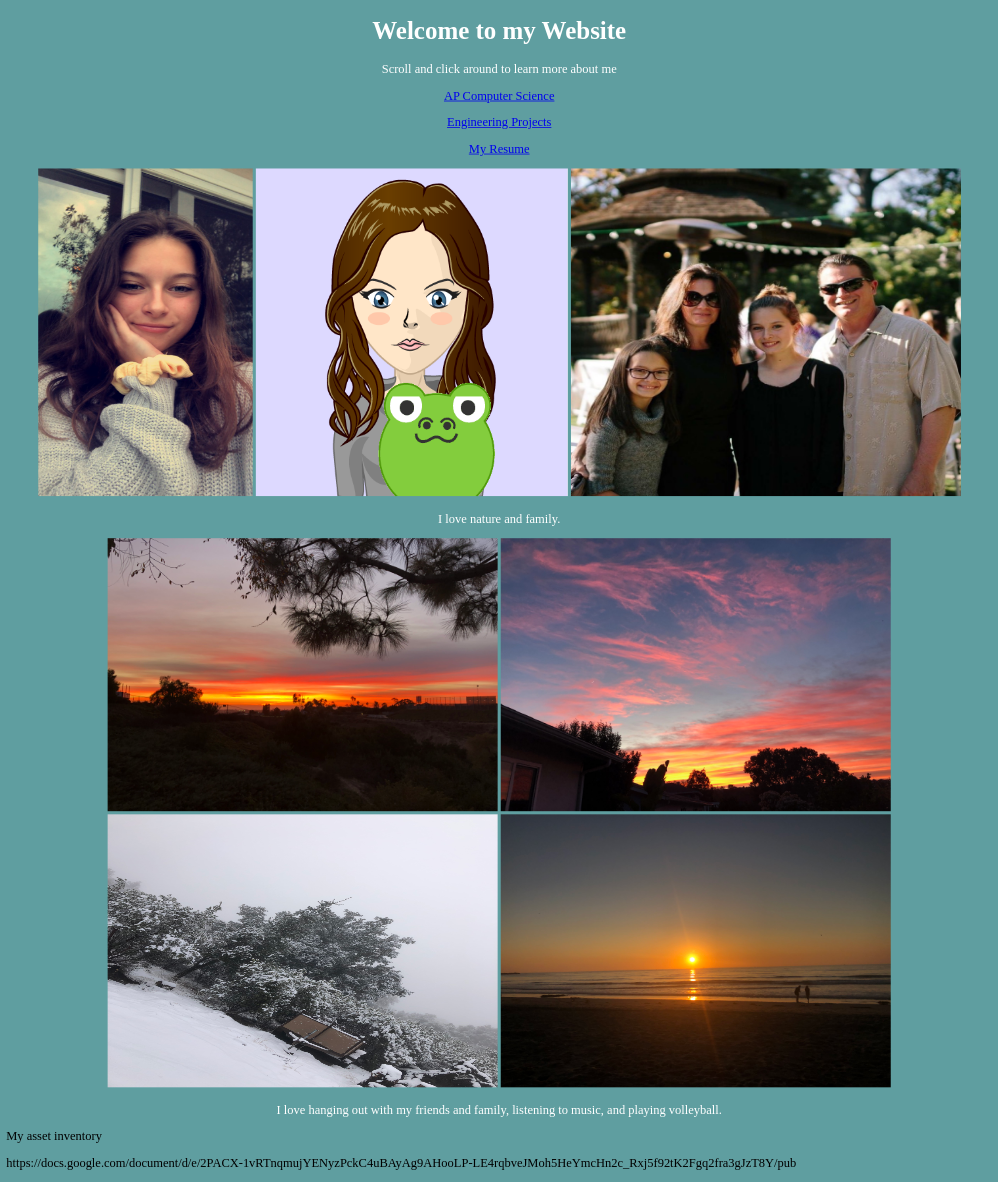
Repository: cdzendzel/cdzendzel.github.io
Page: index.html
The author's editor kept a record of every edit. The page is drawn from the files as they stood at one moment, then again after the next edit.
The browser window is 1280 px wide. The pictures show the whole page, at 78% of full size.

Above is the page before.

### index.html
<!DOCTYPE html>
<html>
    <body style="background-color:cadetblue;">
<head>
<title>Carmela's Webpage</title>
</head>
<body>

</html>
<h1 style="text-align:center; color:white;">Welcome to my Website</h1>
<p style="text-align:center; color:white;">Scroll and click around to learn more about me</p>

</html>
<p style="text-align:center; color:white;"><a href="apcs.html" target = "_blank">AP Computer Science</a></p>
<p style="text-align:center; color:white;"><a href="engineering.html" target = "_blank">Engineering Projects</p>
<p style="text-align:center; color:white;"><a href="resume.html" target = "_blank">My Resume</a></p>
<center>
<img src="images/IMG_0067.JPG" alt="Carmela Selfie" width="275" height="420">
<img src="images/apcodingavatar.PNG" alt="Carmela's Avatar" width="400" height="420">
<img src="images/IMG_1146.JPG" alt="My little sister, mom, me, and dad"  width="500" height="420">
</center>

<p style="text-align:center; color:white;">I love nature and family.</p>
<center>
<img src="images/IMG_8784.jpg" alt="A San Diego Sunset" width="500" height="350">
<img src="images/IMG_9224.jpg" alt="Another San Diego Sunset" width="500" height="350">
<img src="images/IMG_1180.jpg" alt="Snow on trees in Julian" width="500" height="350">
<img src="images/IMG_1033.jpg" alt="Beach Sunset" width="500" height="350">
</center>
<p style="text-align:center; color:white;">I love hanging out with my friends and family, listening to music, and playing volleyball.</p>

<p>My asset inventory </p>
<p>https://docs.google.com/document/d/e/2PACX-1vRTnqmujYENyzPckC4uBAyAg9AHooLP-LE4rqbveJMoh5HeYmcHn2c_Rxj5f92tK2Fgq2fra3gJzT8Y/pub</p>
</body>

After the next edit:
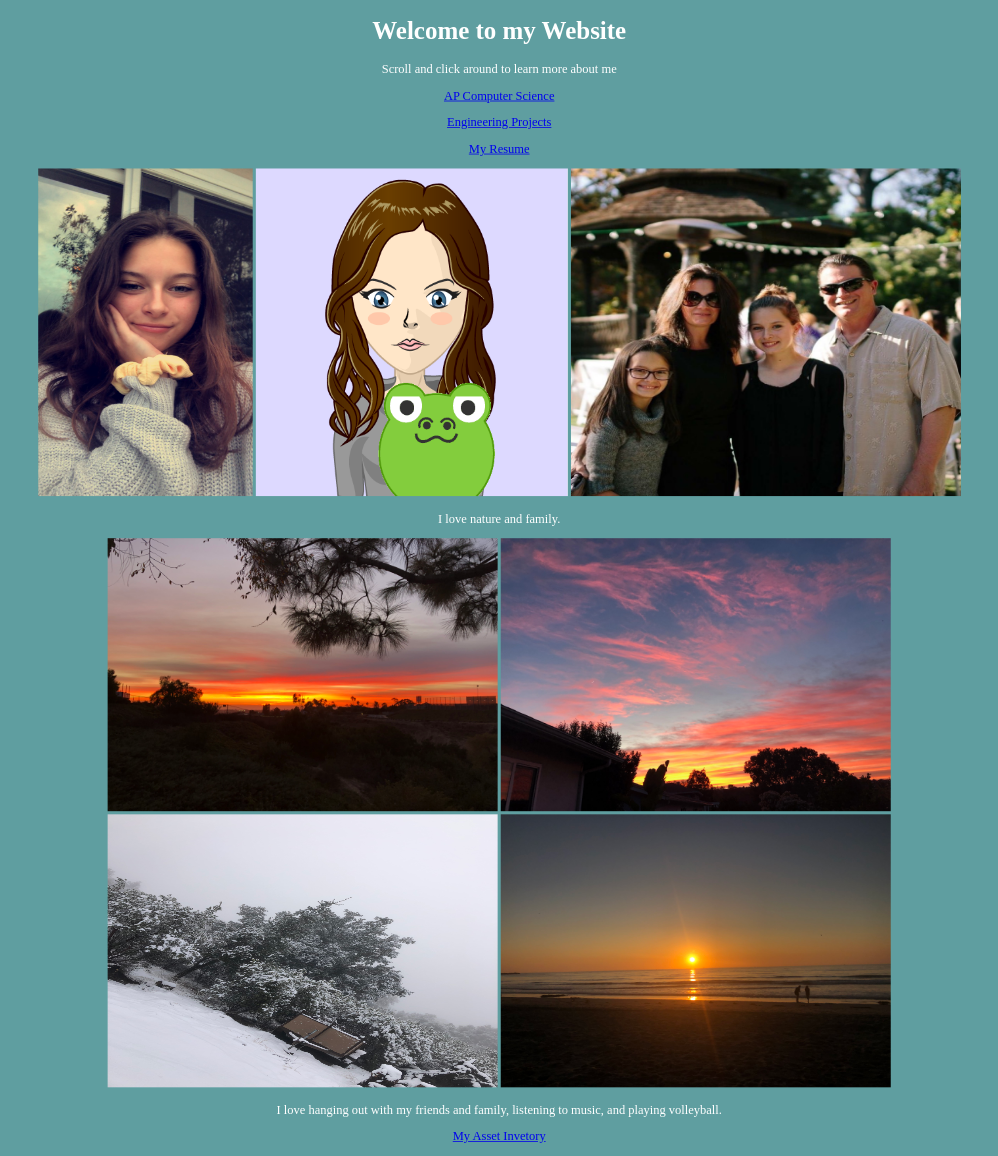
The edit:
--- a/index.html
+++ b/index.html
@@ -29,6 +29,6 @@
 </center>
 <p style="text-align:center; color:white;">I love hanging out with my friends and family, listening to music, and playing volleyball.</p>
 
-<p>My asset inventory </p>
-<p>https://docs.google.com/document/d/e/2PACX-1vRTnqmujYENyzPckC4uBAyAg9AHooLP-LE4rqbveJMoh5HeYmcHn2c_Rxj5f92tK2Fgq2fra3gJzT8Y/pub</p>
+<center><a href="https://docs.google.com/document/d/e/2PACX-1vRTnqmujYENyzPckC4uBAyAg9AHooLP-LE4rqbveJMoh5HeYmcHn2c_Rxj5f92tK2Fgq2fra3gJzT8Y/pub" target = "_blank">My Asset Invetory</a></p>
+</center>
 </body>
